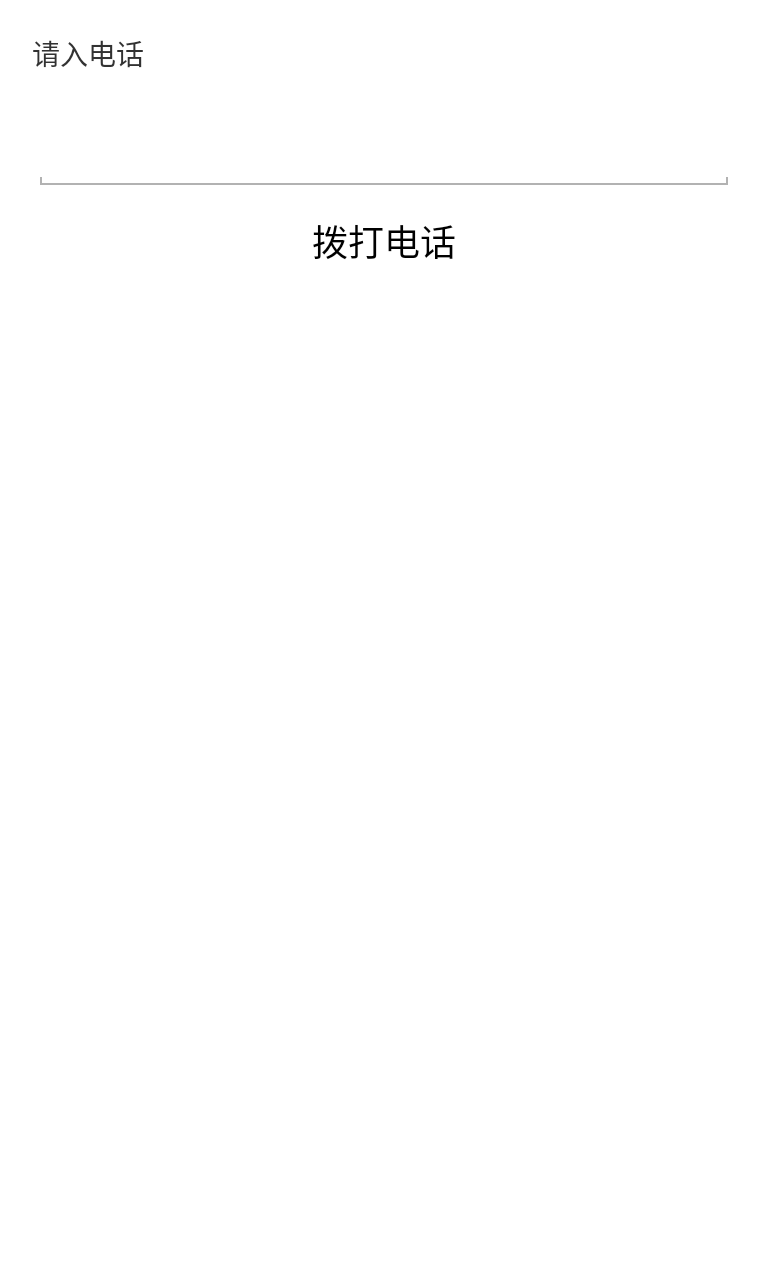
Repository: qwer2714856/Android_learn
Layout: phone/res/layout/activity_main.xml
These files come from the project's save history. The layout is drawn as it stood at one moment and after the next save; the edit follows.
It is drawn on a 768 x 1280 px phone screen (xhdpi) without system bars, with theme AppTheme; the app's code is not run.

Above is the layout before, as saved 2015-09-23 08:07:12.

After the next save:
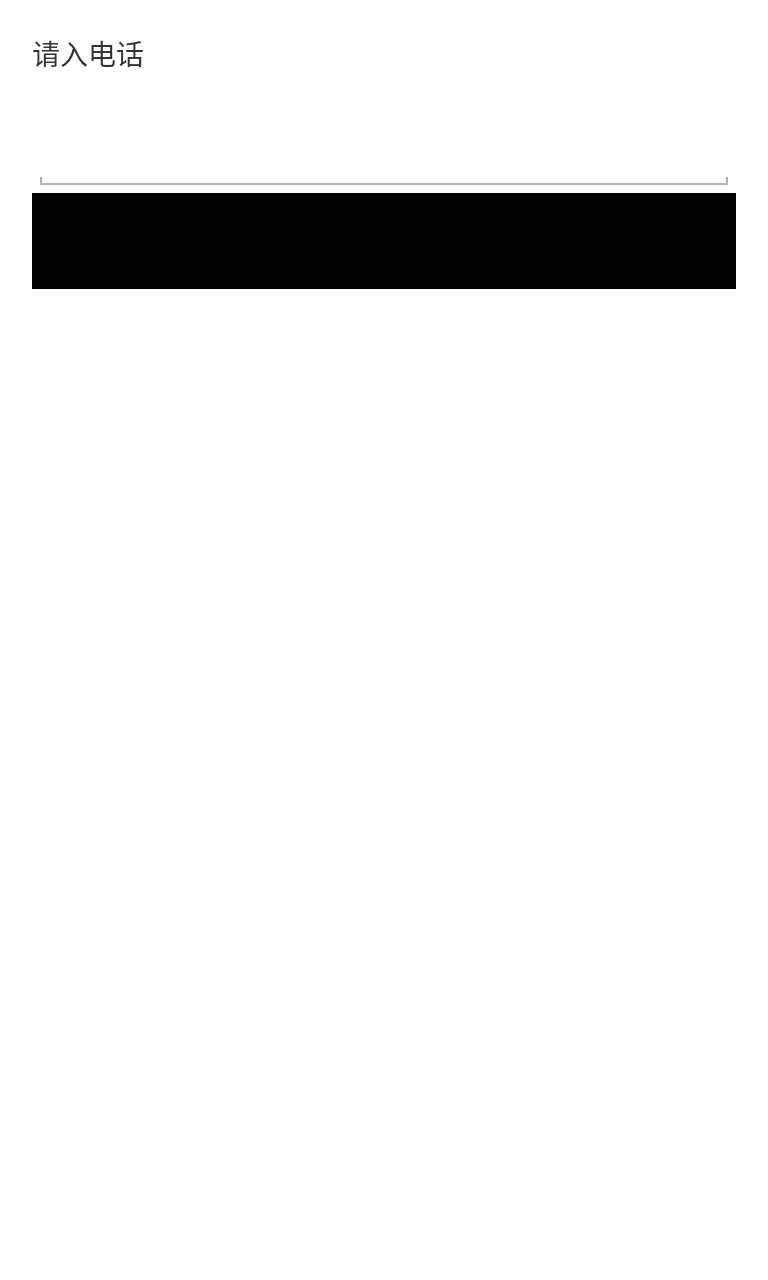
Saved 11 s later.
--- a/phone/res/layout/activity_main.xml
+++ b/phone/res/layout/activity_main.xml
@@ -24,7 +24,7 @@
     <Button
         android:layout_width="match_parent"
         android:layout_height="wrap_content"
-        android:background="red"
+        android:background="#000"
         android:text="拨打电话"
         />
 
